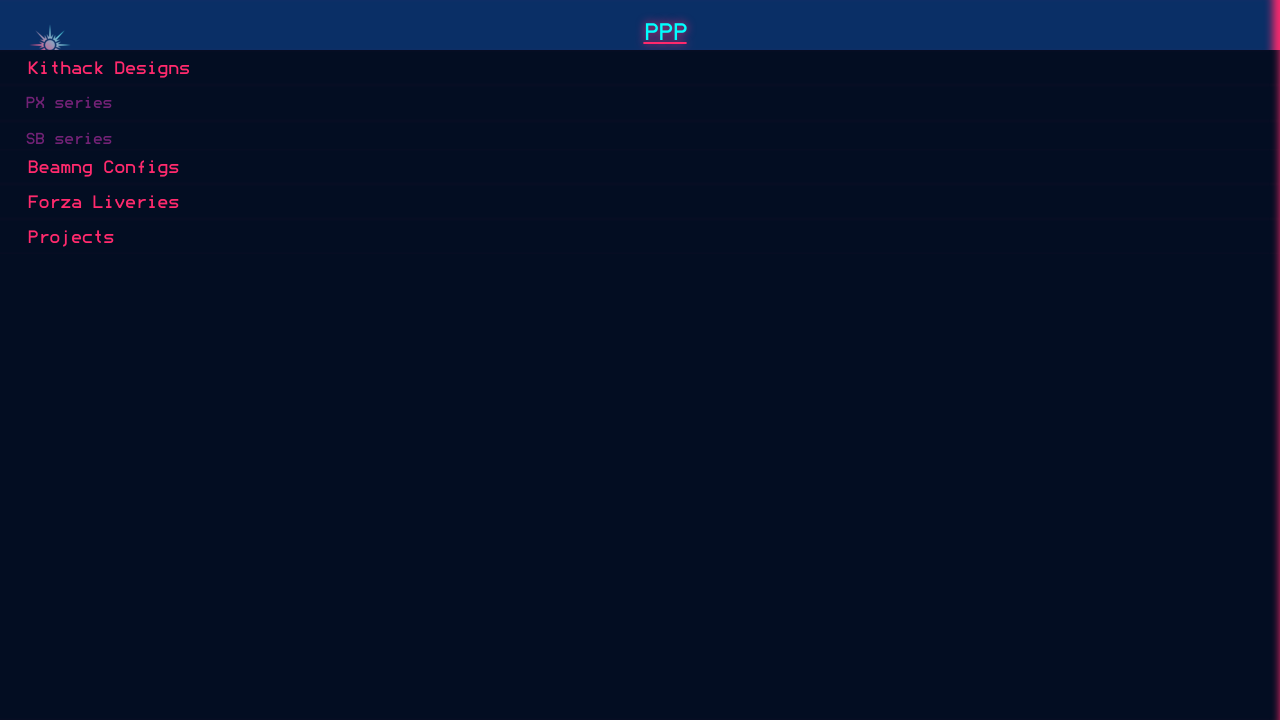
Repository: Pamishly/PamishlysPlayPlace
Page: navbar.html
The author's editor kept a copy of each file at every save. The page is drawn from the files as they stood at one save, then again after the next save.
The browser window is 1280 px wide. The pictures show the whole page.

Above is the page before, as saved 2024-09-11 21:17:55.

After the next save:
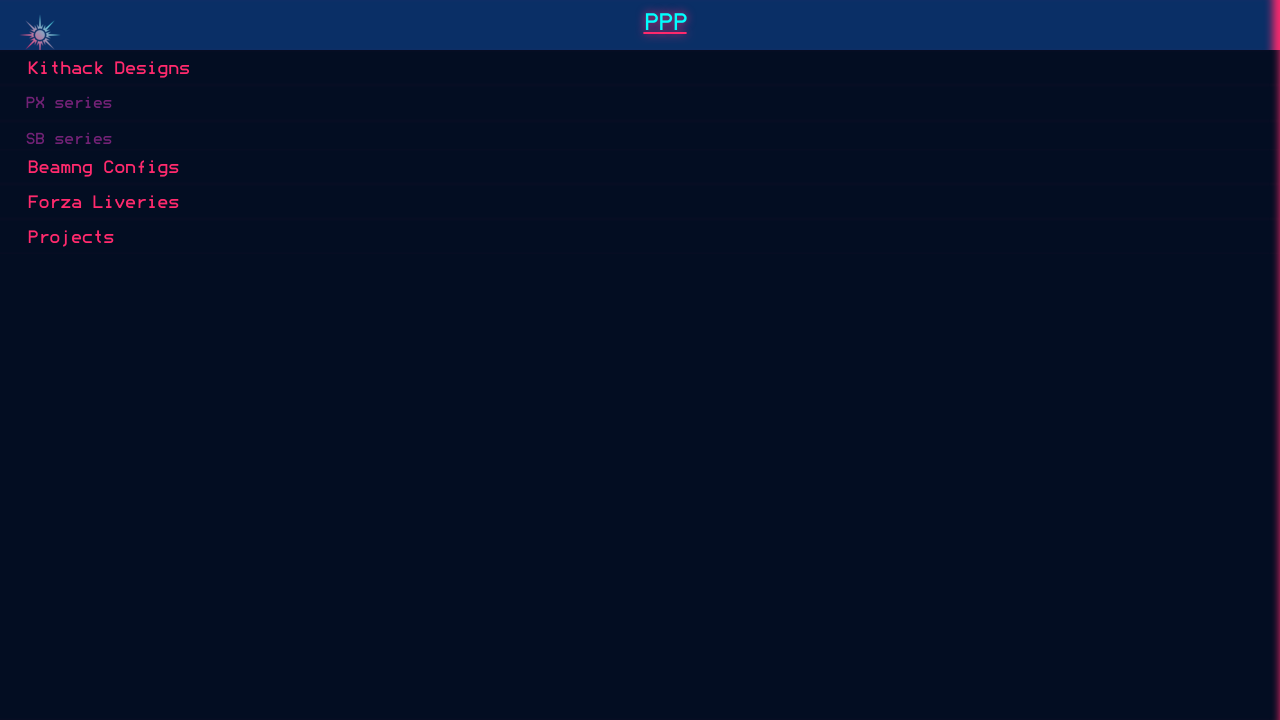
Saved 10 s later.
--- a/main.css
+++ b/main.css
@@ -107,7 +107,6 @@
 }
 .sitename label {
 	height: 50px;
-	padding: 20px 25px;
 }
 .sitename img{
 	float:left;
